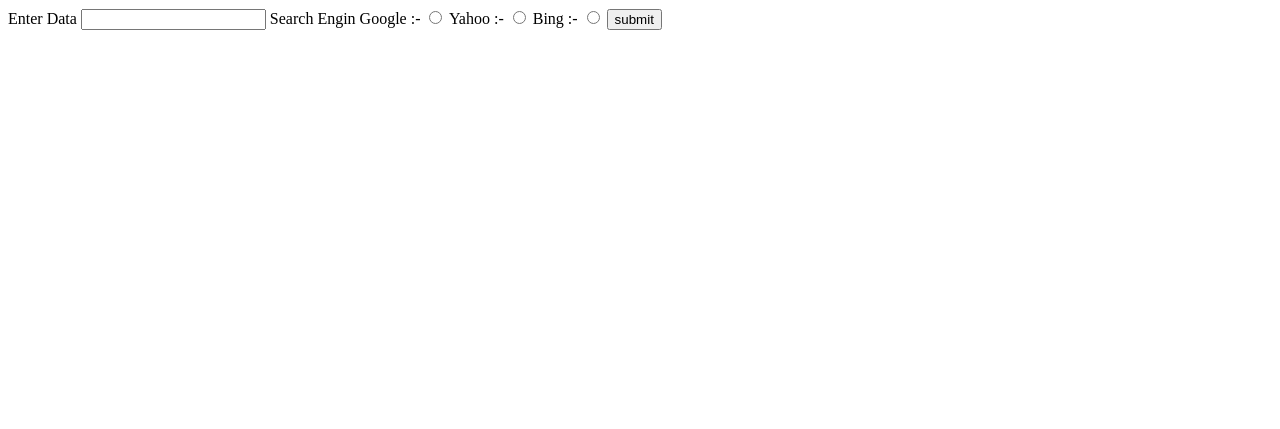
Repository: Prasad-R-Patil/WebBaseJava
Page: SearchEngien/src/main/webapp/index.html
An editor plug-in stored every save of this project. The page is shown before and after the next save, followed by the edit.
The browser window is 1280 px wide. The pictures show the whole page.

Above is the page before, as saved 2025-05-15 11:36:52.

After the next save:
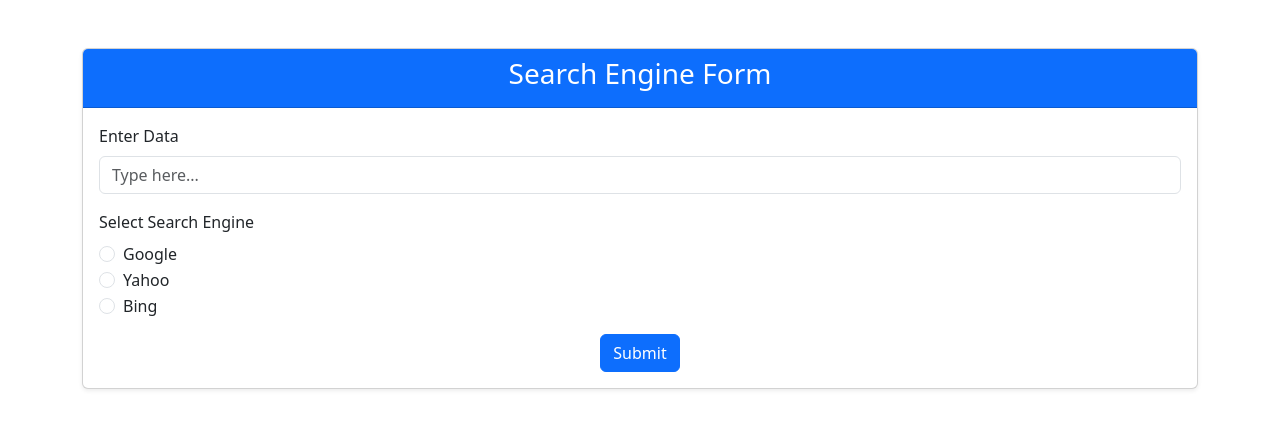
Saved 2 min 12 s later.
--- a/SearchEngien/src/main/webapp/index.html
+++ b/SearchEngien/src/main/webapp/index.html
@@ -1,29 +1,48 @@
 <!DOCTYPE html>
-<html>
+<html lang="en">
 <head>
-<meta charset="UTF-8">
-<title>Insert title here</title>
+    <meta charset="UTF-8">
+    <meta name="viewport" content="width=device-width, initial-scale=1">
+    <title>Search Form</title>
+    <!-- Bootstrap CSS -->
+    <link href="https://cdn.jsdelivr.net/npm/bootstrap@5.3.0/dist/css/bootstrap.min.css" rel="stylesheet">
 </head>
 <body>
-<div>
+    <div class="container mt-5">
+        <div class="card shadow-sm">
+            <div class="card-header bg-primary text-white text-center">
+                <h3>Search Engine Form</h3>
+            </div>
+            <div class="card-body">
+                <form action="SearchServlet" method="post">
+                    <div class="mb-3">
+                        <label class="form-label">Enter Data</label>
+                        <input type="text" name="textData" class="form-control" placeholder="Type here...">
+                    </div>
+                    <div class="mb-3">
+                        <label class="form-label">Select Search Engine</label>
+                        <div class="form-check">
+                            <input class="form-check-input" type="radio" name="engin" value="google">
+                            <label class="form-check-label">Google</label>
+                        </div>
+                        <div class="form-check">
+                            <input class="form-check-input" type="radio" name="engin" value="yahoo">
+                            <label class="form-check-label">Yahoo</label>
+                        </div>
+                        <div class="form-check">
+                            <input class="form-check-input" type="radio" name="engin" value="bing">
+                            <label class="form-check-label">Bing</label>
+                        </div>
+                    </div>
+                    <div class="text-center">
+                        <input type="submit" value="Submit" class="btn btn-primary">
+                    </div>
+                </form>
+            </div>
+        </div>
+    </div>
 
-	<form action="SearchServlet" method="post">
-
-	<label>Enter Data</label>
-	<input type="text " name="textData">
-
-	<label>Search Engin</label>
-
-	 Google :- <input type="radio" name="engin" value="google">
-	  Yahoo :- <input type="radio" name="engin" value="yahoo">
-	   Bing :- <input type="radio" name="engin" value="bing">
-
-	 <input type="submit" value="submit">
-
-
-	</form>
-
-
-</div>
+    <!-- Bootstrap JS (optional, for interactive components) -->
+    <script src="https://cdn.jsdelivr.net/npm/bootstrap@5.3.0/dist/js/bootstrap.bundle.min.js"></script>
 </body>
 </html>
